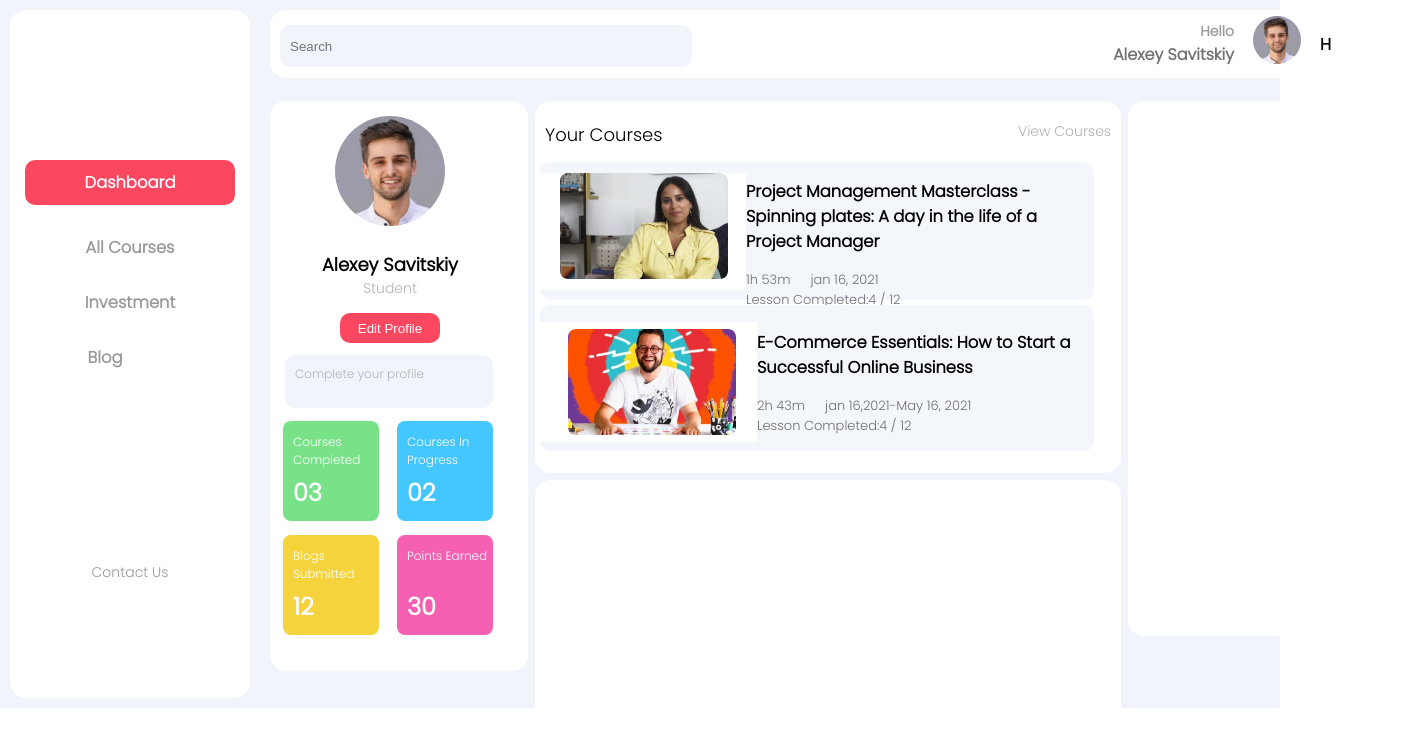
Repository: Anuruddha00/dashboard-design
Page: /
An editor plug-in stored every save of this project. The page is shown before and after the next save, followed by the edit.
The browser window is 1280 px wide. The page is 1421 px wide, so the pictures cover 1421 px, including what lies to the right of the window. The pictures show the whole page.
The project was rebuilt for these pictures with package versions that can differ from the ones it lists, and the page was loaded fresh each time.

Above is the page before, as saved 2021-05-07 21:19:13.

After the next save:
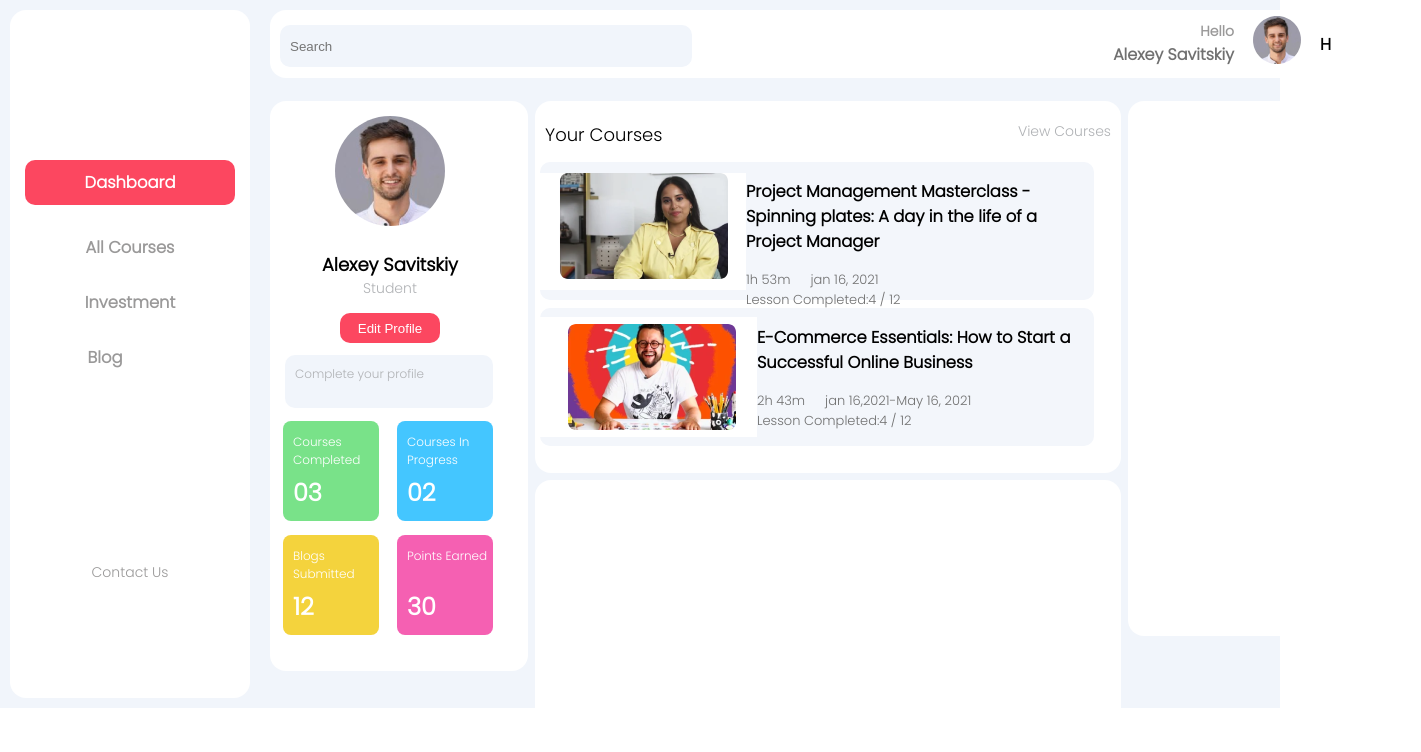
Saved 17 s later.
--- a/src/containers/Dashboard/Dashboard.scss
+++ b/src/containers/Dashboard/Dashboard.scss
@@ -317,8 +317,7 @@ body{
                                 }
                                 &Business{
                                     background: #f3f6fb;
-                                    padding-top: 8px;
-                                    margin-top: 5px;
+                                    margin-top: 8px;
                                     border-radius: 10px;
                                     width: 554px;
                                     height: 138px;
